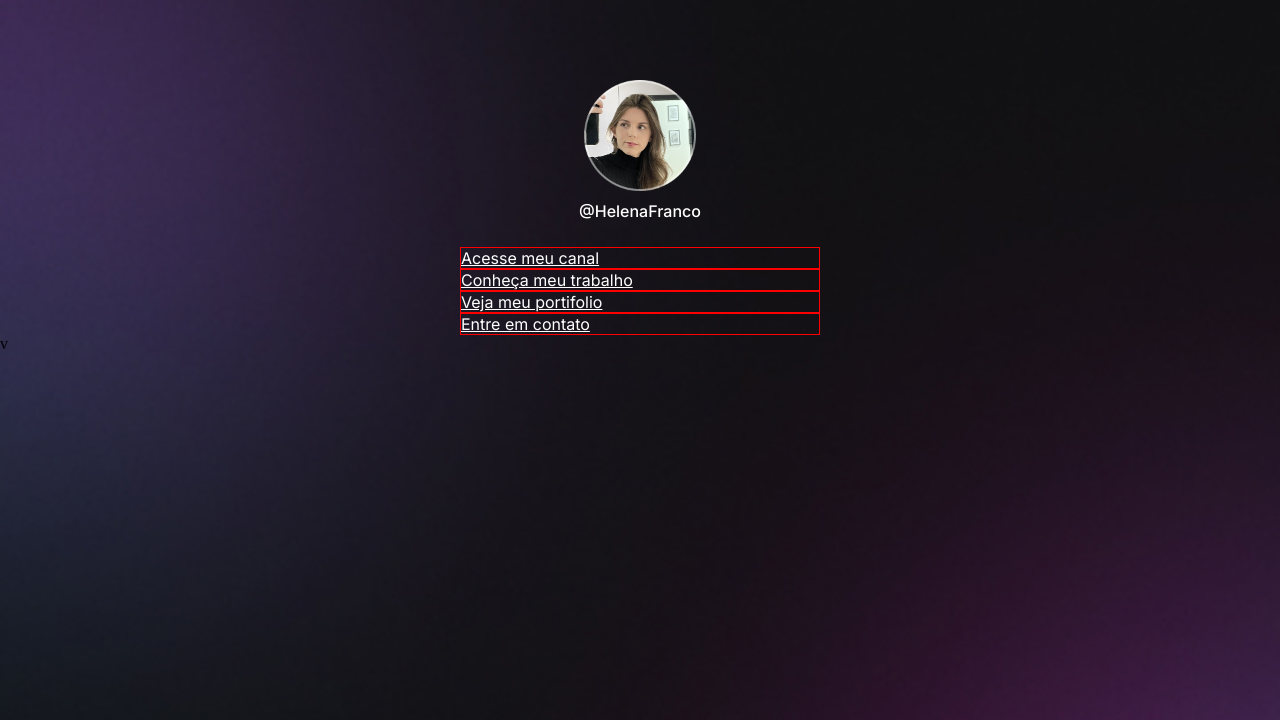
Repository: Fr4nc021/Pagina-de-links-
Page: index.html
These files come from the project's save history. The page is drawn as it stood at one moment and after the next save; the edit follows.
The browser window is 1280 px wide. The pictures show the whole page.

Above is the page before, as saved 2025-02-10 16:35:16.

### index.html
<!DOCTYPE html>
<html lang="pt-br">
<head>
    <link rel="preconnect" href="https://fonts.googleapis.com">
    <link rel="preconnect" href="https://fonts.gstatic.com" crossorigin>
    <link href="https://fonts.googleapis.com/css2?family=Inter:ital,opsz,wght@0,14..32,100..900;1,14..32,100..900&display=swap" rel="stylesheet">
    <meta charset="UTF-8">
    <meta name="viewport" content="width=device-width, initial-scale=1.0">
    <title>DevLinks</title>
    <link rel="stylesheet" href="style.css">
</head>
<body>
    <div id="container">
    <div id="profile">
    <img
        src="./assets/avatar.png"
        alt="Foto da Helena Franco sorrindo">
        <p>@HelenaFranco</p>
    </div>
    <div>
        <ul>
            <li>
                <a href="#" target="_blank">Acesse meu canal</a>
            </li>
            <li>
                <a href="#" target="_blank">Conheça meu trabalho</a>
            </li>
            <li>
                <a href="#" target="_blank">Veja meu portifolio</a>
            </li>
            <li>
                <a href="#" target="_blank">Entre em contato</a>
            </li>
        </ul>
    </div>
    </div>
</body> v
</html>

### style.css
* {
    margin: 0%;
    padding: 0%;
    box-sizing: border-box;
}


body {
background: url(./assets/bg-mobile.jpg) no-repeat top center/cover;
}

body * {
        font-family: "Inter", sans-serif;
        color: #ffffff
      }

#container {
    width: 360px;
    margin: 56px auto 0px
}

#profile img {
    width: 112px;
    display: block;
    margin: auto;

}

#profile {
    text-align: center;
    padding: 24px;
}

#profile p {
    font-weight: 500;
    line-height: 24px;
    margin-top: 8px;
}

/* Links */

ul{
    list-style: none;
}

ul li {
    border: 1px solid red
}

After the next save:
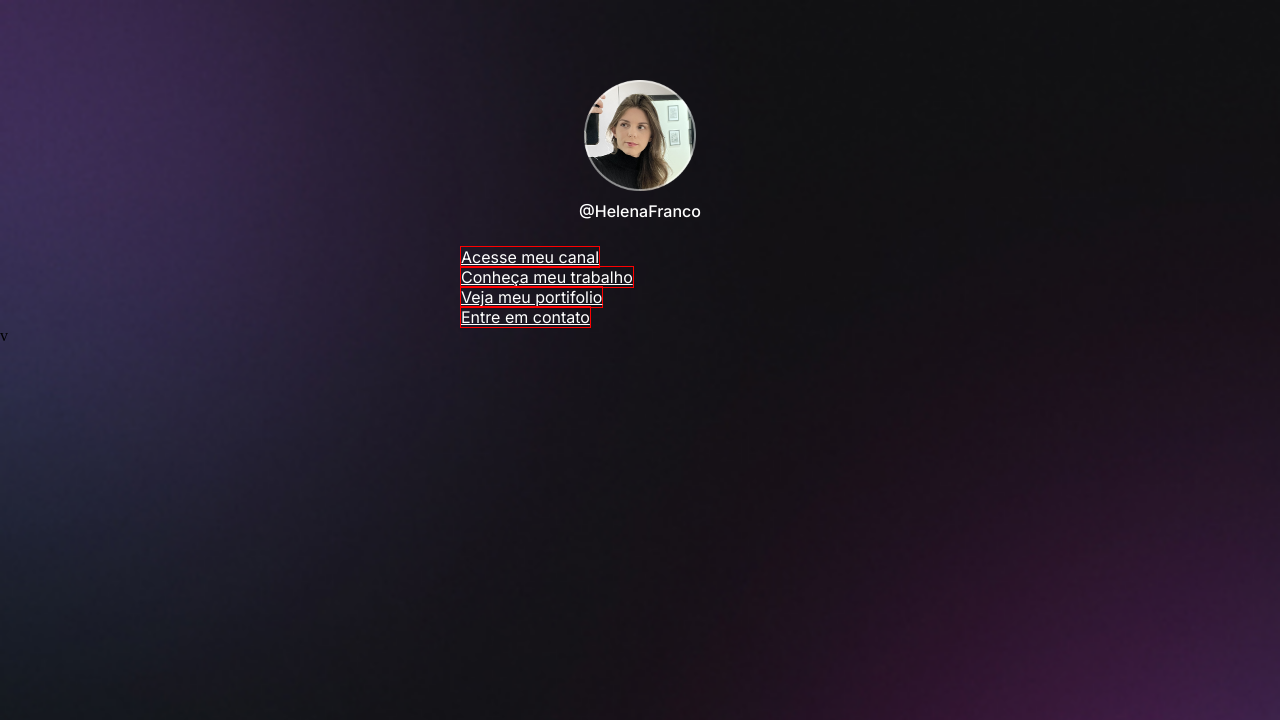
Saved 13 s later.
--- a/style.css
+++ b/style.css
@@ -43,6 +43,6 @@ ul{
     list-style: none;
 }
 
-ul li {
+ul li a {
     border: 1px solid red
 }

After the save that followed:
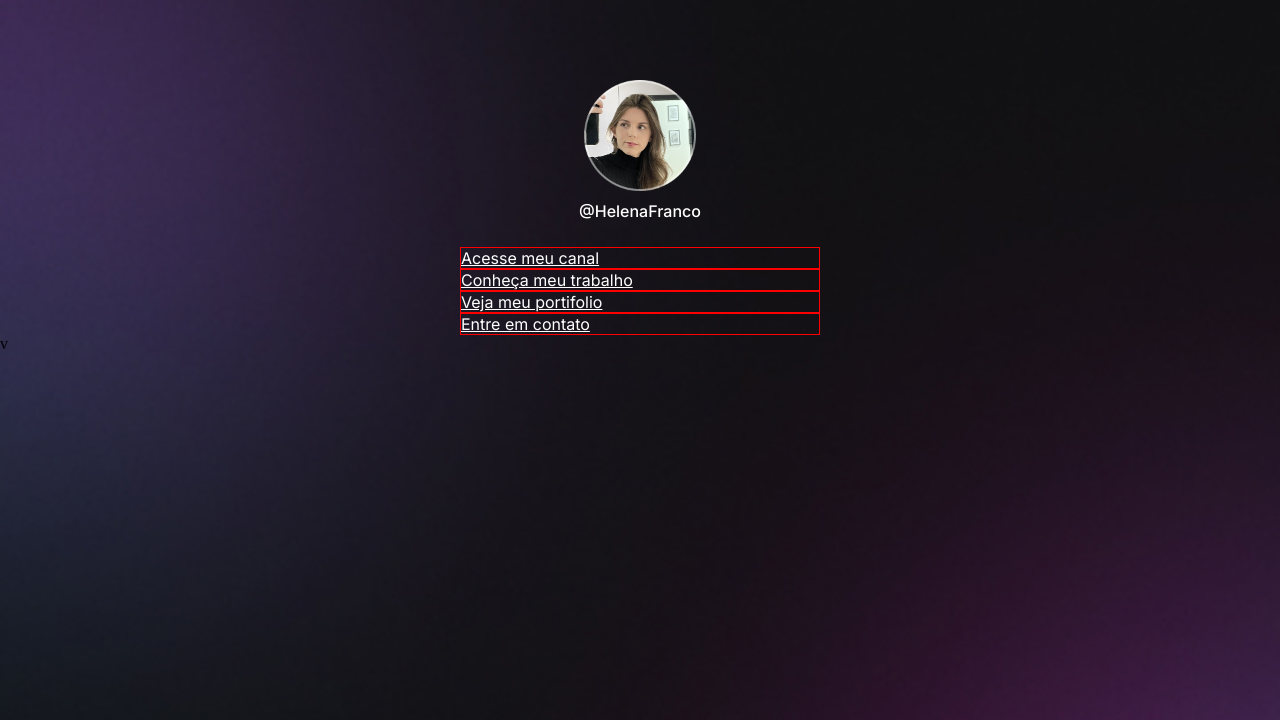
Saved 16 s later.
--- a/style.css
+++ b/style.css
@@ -44,5 +44,6 @@ ul{
 }
 
 ul li a {
+    display: flex;
     border: 1px solid red
 }
